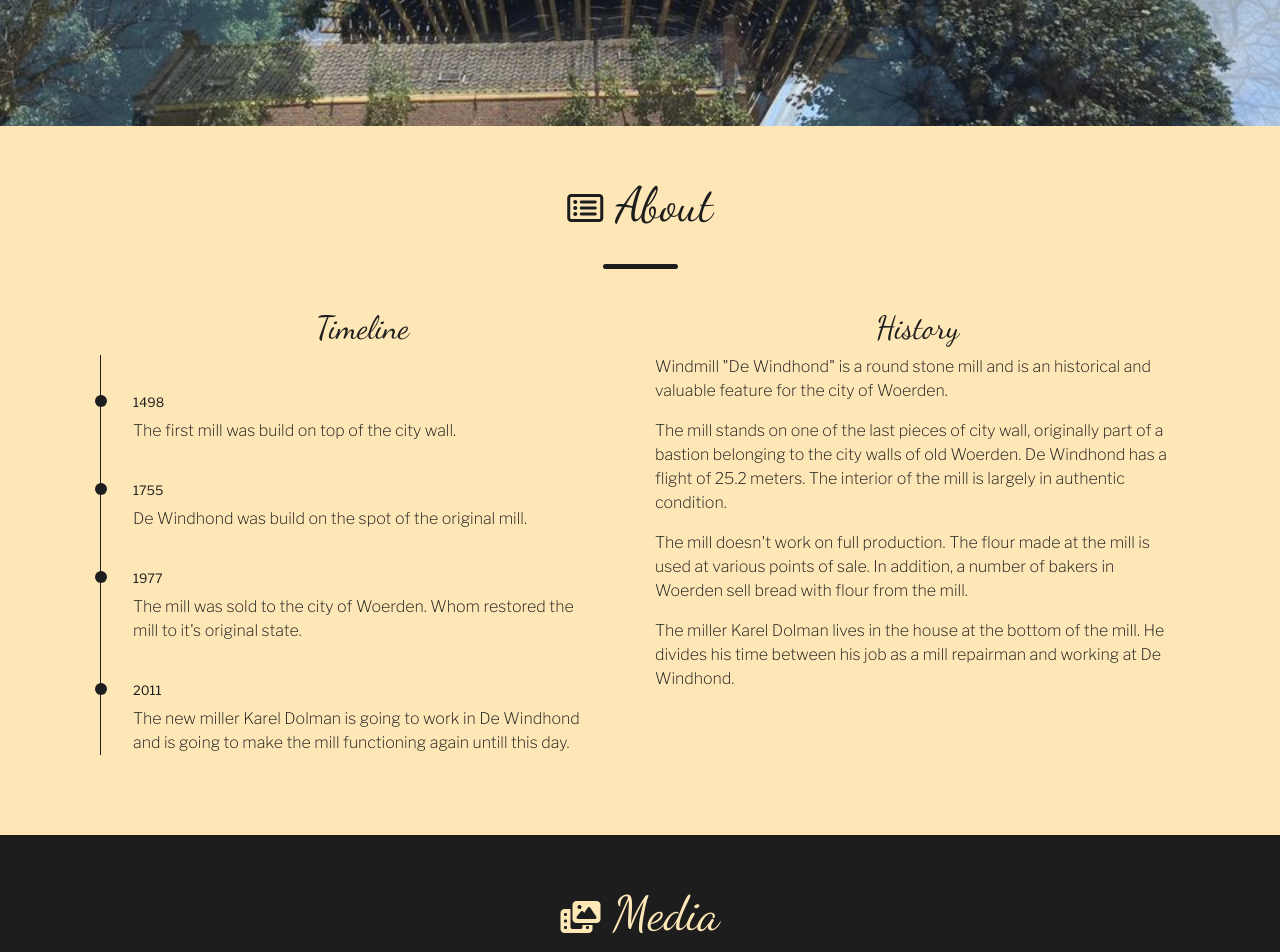
Repository: jdl208/DeWindhond
Page: index.html
The author's editor kept a record of every edit. The page is drawn from the files as they stood at one moment, then again after the next edit.
The browser window is 1280 px wide. The pictures show the part of the page from y = 542 to 1494 px (the page is 2972 px tall before and 2846 px after).
Some web libraries are served in a nearby version.

Above is the page before.

### index.html
<!DOCTYPE html>
<html lang="en">

<head>
    <meta charset="UTF-8">
    <meta name="viewport" content="width=device-width, initial-scale=1.0">
    <meta http-equiv="X-UA-Compatible" content="ie=edge">
    <title>Windmill "De Windhond"</title>
    <link rel="stylesheet" href="https://stackpath.bootstrapcdn.com/bootstrap/4.3.1/css/bootstrap.min.css" integrity="sha384-ggOyR0iXCbMQv3Xipma34MD+dH/1fQ784/j6cY/iJTQUOhcWr7x9JvoRxT2MZw1T" crossorigin="anonymous">
    <link href="https://fonts.googleapis.com/css?family=Dancing+Script:400,700&display=swap" rel="stylesheet">
    <link rel="stylesheet" href="assets/css/style.css" type="text/css" />

</head>

<body>

    <!-- Navigation-->
    <a href="" class="anchor" id="home"></a>
    <nav class="navbar fixed-top navbar-expand-md navbar-dark dark-bg">
        <a class="navbar-brand" href="#home">De Windhond</a>
        <button id="navbar-toggle-icon" class="navbar-toggler" type="button" data-toggle="collapse" data-target="#navbarTogglerDemo02" aria-controls="navbarTogglerDemo02" aria-expanded="false" aria-label="Toggle navigation">
                <i class="fas fa-bars"></i>
            </button>

        <div class="collapse navbar-collapse" id="navbarTogglerDemo02">
            <ul class="navbar-nav ml-auto mt-2 mt-lg-0">
                <li class="nav-item ml-auto nav--link">
                    <a class="nav-link" href="#home"><strong>Home</strong><span class="sr-only">(current)</span></a>
                </li>
                <li class="nav-item ml-auto nav--link">
                    <a class="nav-link" href="#about"><strong>About</strong></a>
                </li>
                <li class="nav-item ml-auto nav--link">
                    <a class="nav-link" href="#media"><strong>Media</strong></a>
                </li>
                <li class="nav-item ml-auto nav--link">
                    <a class="nav-link" href="#contact"><strong>Contact</strong></a>
                </li>
            </ul>
        </div>
    </nav>

    <!--Header image slider-->

    <header class="top-section">
        <div class="jumbotron sectioncontainer carousel-wrapper">


            <!--Preload images so you you wont see a hickup in the slider -->

            <img class="d-none" src="assets/images/img1.jpg" />
            <img class="d-none" src="assets/images/img2.jpg" />
            <img class="d-none" src="assets/images/img3.jpg" />
            <img class="d-none" src="assets/images/img4.jpg" />
            <img class="d-none" src="assets/images/img5.jpg" />
            <img class="d-none" src="assets/images/img6.jpg" />
            <img class="d-none" src="assets/images/img7.jpg" />

            <div class="bg-image-slider">

            </div>
        </div>
    </header>

    <!-- About -->
    <a href="" class="anchor" id="about"></a>
    <section class="light-bg sectioncontainer">
        <div class="container about">
            <h2><i class="far fa-list-alt media-icon"></i> About</h2>
            <hr class="block-divider dark-divider">

            <div class="row">
                <div class="col-md-6">
                    <h4>Timeline</h4>
                    <div class="history-items">
                        <div class="timeline-item" data-dates="1498">
                            <p>The first mill was build on top of the city wall.</p>
                        </div>
                        <div class="timeline-item" data-dates="1755">
                            <p>De Windhond was build on the spot of the original mill.</p>
                        </div>
                        <div class="timeline-item" data-dates="1977">
                            <p>The mill was sold to the city of Woerden. Whom restored the mill to it's original state.</p>
                        </div>
                        <div class="timeline-item" data-dates="2011">
                            <p>The new miller Karel Dolman is going to work in De Windhond and is going to make the mill functioning again untill this day.</p>
                        </div>
                    </div>
                </div>
                <div class="col-md-6">
                    <hr class="block-divider dark-divider d-md-none">
                    <h4>History</h4>
                    <p>Windmill "De Windhond" is a round stone mill and is an historical and valuable feature for the city of Woerden.</P>
                    <p>The mill stands on one of the last pieces of city wall, originally part of a bastion belonging to the city walls of old Woerden. De Windhond has a flight of 25.2 meters. The interior of the mill is largely in authentic condition.</p>
                    <p>The mill doesn't work on full production. The flour made at the mill is used at various points of sale. In addition, a number of bakers in Woerden sell bread with flour from the mill.</p>
                    <p>The miller Karel Dolman lives in the house at the bottom of the mill. He divides his time between his job as a mill repairman and working at De Windhond.</p>
                </div>
            </div>
        </div>

    </section>

    <!-- Media section-->
    <a href="" class="anchor" id="media"></a>

    <section class="dark-bg mediabox sectioncontainer">
        <H2><i class="fas fa-photo-video media-icon"></i> Media</H2>
        <hr class="block-divider yellow-divider">
        <div class="row mediarow">
            <div class="col-xl-6 ytclip">
                <h4>Impression of the mill</h4>

                <iframe width="560" height="315" src="https://www.youtube.com/embed/qNwYElhLL6A" frameborder="0" allow="accelerometer; autoplay; encrypted-media; gyroscope; picture-in-picture" allowfullscreen></iframe>
            </div>
            <!--</div>-->

            <hr class="block-divider dark-divider d-xl-none">

            <!--<div class="row mediarow">-->
            <div class="col-xl-6 ytclip">
                <h4>Interview with Karel Dolman the miller</h4>

                <iframe width="560" height="315" src="https://www.youtube.com/embed/lAjF5r5rAqM" frameborder="0" allow="accelerometer; autoplay; encrypted-media; gyroscope; picture-in-picture" allowfullscreen></iframe>
            </div>
        </div>
    </section>

    <!-- Contact-->

    <a href="" class="anchor" id="contact"></a>
    <section class="sectioncontainer light-bg">
        <div class="container">
            <h2><i class="fas fa-mobile-alt media-icon"></i> Contact</h2>
            <hr class="block-divider dark-divider">
            <div class="row">
                <div class="col-md-6 contact_visiting">
                    <table>
                        <h5><i class="fas fa-home"></i> Opening hours</h5>
                        <tr>
                            <td>Wednesday</td>
                            <td>14:00 - 16:00</td>
                        </tr>
                        <tr>
                            <td>Friday</td>
                            <td>10:00 - 16:00*</td>
                        </tr>
                        <tr>
                            <td>Saturday</td>
                            <td>10:00 - 16:00</td>
                        </tr>
                        <tr class="footnote_opening">
                            <td>* Only when the mill is working.</td>
                        </tr>

                    </table>
                </div>
                <div class="col-md-6 contact_visiting">

                    <h5><i class="fas fa-directions"></i> Address</h5>
                    <p>Windmaalbedrijf de Windhond<br> Wilhelminaweg 1<br> 3441 XB Woerden
                    </p>
                    <h5><i class="fas fa-phone-alt"></i> Telephone</h5>
                    <p> +31 (0) 6 - 4205 1066</p>

                </div>

            </div>

            <div class="row">
                <div class="col-12 contact-form">
                    <h5><i class="far fa-comments"></i> Message us!</h5>
                    <div class="form-group">
                        <input type="text" class="form-control" placeholder="Enter name" required>
                    </div>
                    <div class="form-group">
                        <input type="email" class="form-control" placeholder="Enter email" required>
                    </div>
                    <div class="form-group">
                        <textarea class="form-control" rows="5" Placeholder="Enter your question or comment here. We usually reply within 5 working days." required></textarea>
                    </div>
                    <button type="submit" class="btn btn--dark">Send</button>
                    </form>
                </div>
            </div>
    </section>

    <footer class="dark-bg footer">
        <div class="row">
            <div class="col-12">
                <ul class="list-inline">
                    <li class="list-inline-item"><a class="light-link" href="https://www.facebook.com/windmaalbedrijfdewindhond?pnref=story"><i class="fab fa-facebook-square socialicon"></i></a></li>
                    <li class="list-inline-item"><a class="light-link" href="#"><i class="fab fa-twitter-square socialicon"></i></a></li>
                    <li class="list-inline-item"><a class="light-link" href="#"><i class="fab fa-instagram socialicon"></i></a></li>
                    <li class="list-inline-item"><a class="light-link" href="#"><i class="fab fa-pinterest-square socialicon"></i></a></li>
                    <li class="list-inline-item"><a class="light-link" href="#"><i class="fab fa-snapchat-square socialicon"></i></a></li>
                </ul>
            </div>
        </div>
        <p class="copyright">Copyright onLion Web Development 2019</p>

    </footer>

    <script src="https://code.jquery.com/jquery-3.3.1.slim.min.js" integrity="sha384-q8i/X+965DzO0rT7abK41JStQIAqVgRVzpbzo5smXKp4YfRvH+8abtTE1Pi6jizo" crossorigin="anonymous"></script>
    <script src="https://cdnjs.cloudflare.com/ajax/libs/popper.js/1.14.7/umd/popper.min.js" integrity="sha384-UO2eT0CpHqdSJQ6hJty5KVphtPhzWj9WO1clHTMGa3JDZwrnQq4sF86dIHNDz0W1" crossorigin="anonymous"></script>
    <script src="https://stackpath.bootstrapcdn.com/bootstrap/4.3.1/js/bootstrap.min.js" integrity="sha384-JjSmVgyd0p3pXB1rRibZUAYoIIy6OrQ6VrjIEaFf/nJGzIxFDsf4x0xIM+B07jRM" crossorigin="anonymous"></script>
    <script src="https://kit.fontawesome.com/70761e8d6e.js"></script>

</body>

</html>

### assets/css/style.css
@import url('https://fonts.googleapis.com/css?family=Dancing+Script:400,700|Libre+Franklin:200,300,400,700&display=swap');

html {
    scroll-behavior: smooth;
}

body {
    font-family: "Libre Franklin";
    font-weight: 200;
}

.sectioncontainer {
    padding-top: 50px;
    padding-bottom: 80px;
}

.anchor {
    display: block;
    position: relative;
    top: -56px;
    visibility: hidden;
}

/* ---------------------------------------------- Colors */

.dark-bg {
    color: #fee7b6;
    background-color: #1d1d1d;
}

.light-bg {
    background-color: #fee7b6;
    color: rgb(29, 29, 29);
}

.block-divider {
    width: 75px;
    height: 5px;
    border: 0;
    border-radius: 15px;
    margin-top: 30px;
    margin-bottom: 40px;
}

.yellow-divider {
    background-color: #fee7b6;
}

.dark-divider {
    background-color: rgb(29, 29, 29);
}

.light-link {
    color: #fee7b6;
}

.btn--dark {
    color: #fee7b6;
    background-color: rgba(29, 29, 29, 1);
    text-align: center;
}

.btn--dark:hover {
    color: #dec080;
    background-color: #000;
}


/* ---------------------------------------------- Headings */

h2,
h3,
h4 {
    font-family: "dancing script";
    text-align: center;
    font-size: 3rem;
}

h4 {
    font-size: 2rem;
}

.media-icon {
    font-size: 32px;
}

/* ---------------------------------------------- Navbar */

.navbar {
    font-family: "dancing script";
    font-size: 1.2rem;
}

.navbar-brand {
    font-size: 1.5rem;
}

.navbar-brand:hover {
    color: #dec080;
}

.navbar-dark .navbar-brand {
    color: #fee7b6;
}

.navbar-dark .navbar-brand:hover {
    color: #dec080;
}


#navbar-toggle-icon {
    border: 0;
    color: #fee7b6;
}

.navbar-dark .navbar-nav .nav-link {
    color: #fee7b6;
}

.navbar-dark .navbar-nav .nav-link:hover {
    color: #dec080;
}


/* ---------------------------------------------- Header */

.top-section {
    padding: 0;
}

.carousel-wrapper {
    position: relative;
    top: 56px;
    margin: 0 0 56px 0;
    padding: 0;
}

.bg-image-slider {
    height: 85vh;
    width: 100%;
    animation-name: bgslider;
    animation-duration: 42s;
    animation-timing-function: ease-in;
    animation-iteration-count: infinite;
    background-image: url("../images/img1.jpg");
    background-size: cover;
    background-repeat: no-repeat;
    background-position: center;
}

@keyframes bgslider {
    0% {
        background-image: url("../images/img1.jpg");
    }
    10% {
        background-image: url("../images/img1.jpg");
    }
    14% {
        background-image: url("../images/img2.jpg");
    }
    24% {
        background-image: url("../images/img2.jpg");
    }
    28% {
        background-image: url("../images/img3.jpg");
    }
    38% {
        background-image: url("../images/img3.jpg");
    }
    42% {
        background-image: url("../images/img4.jpg");
    }
    52% {
        background-image: url("../images/img4.jpg");
    }
    56% {
        background-image: url("../images/img5.jpg");
    }
    66% {
        background-image: url("../images/img5.jpg");
    }
    70% {
        background-image: url("../images/img6.jpg");
    }
    80% {
        background-image: url("../images/img6.jpg");
    }
    84% {
        background-image: url("../images/img7.jpg");
    }
    95% {
        background-image: url("../images/img7.jpg");
    }
    100% {
        background-image: url("../images/img1.jpg");
    }
}

/* ---------------------------------------------- About */

.history-heading {
    margin-bottom: 50px;
}

.timeline-item {
    padding: 4em 2em 0em 2em;
    position: relative;
    border-left: 1px solid;
}

.timeline-item p {
    padding: 0;
    margin: 0;
}

.timeline-item:before {
    content: attr(data-dates);
    position: absolute;
    left: 2.5em;
    top: 3em;
    display: block;
    font-weight: 500;
    font-size: 0.8em;
    padding: 0;
    margin: 0;
}

.timeline-item:after {
    width: 12px;
    height: 12px;
    display: block;
    top: 2.5em;
    position: absolute;
    left: -6px;
    border-radius: 12px;
    content: '';
    background: rgb(29, 29, 29);

}

/* ---------------------------------------------- Media */

.row {
    margin: 0;
}

.ytclip {
    text-align: center;
    padding: 0 20px;
}

iframe {
    max-width: 80vw;
}

/* ---------------------------------------------- Contact */

.contact_visiting {
    text-align: center;
}

.contact_visiting table {
    text-align: left;
    margin: auto;
}

.contact_visiting h5 {
    margin-top: 25px;
}

.footnote_opening {
    font-size: smaller;
    font-style: italic;
}


.contact-form {
    margin: auto;
    text-align: center;
    margin-top: 50px;
    max-width: 500px;
}

.contact-form .btn--dark {
    width: 100px;
}


/* ---------------------------------------------- Footer */

.footer {
    text-align: center;
    padding: 10px;
    margin-bottom: 0;
}

.footerlist {
    list-style-type: none;
}

.list-item-footer {
    display: inline-block;
    color: #fee7b6;
}

.socialicon {
    font-size: 30px;
}

.socialicon:hover {
    color: #dec080
}

.copyright {
    font-weight: 200;
    font-size: 0.5rem;
    text-align: center;
}

After the next edit:
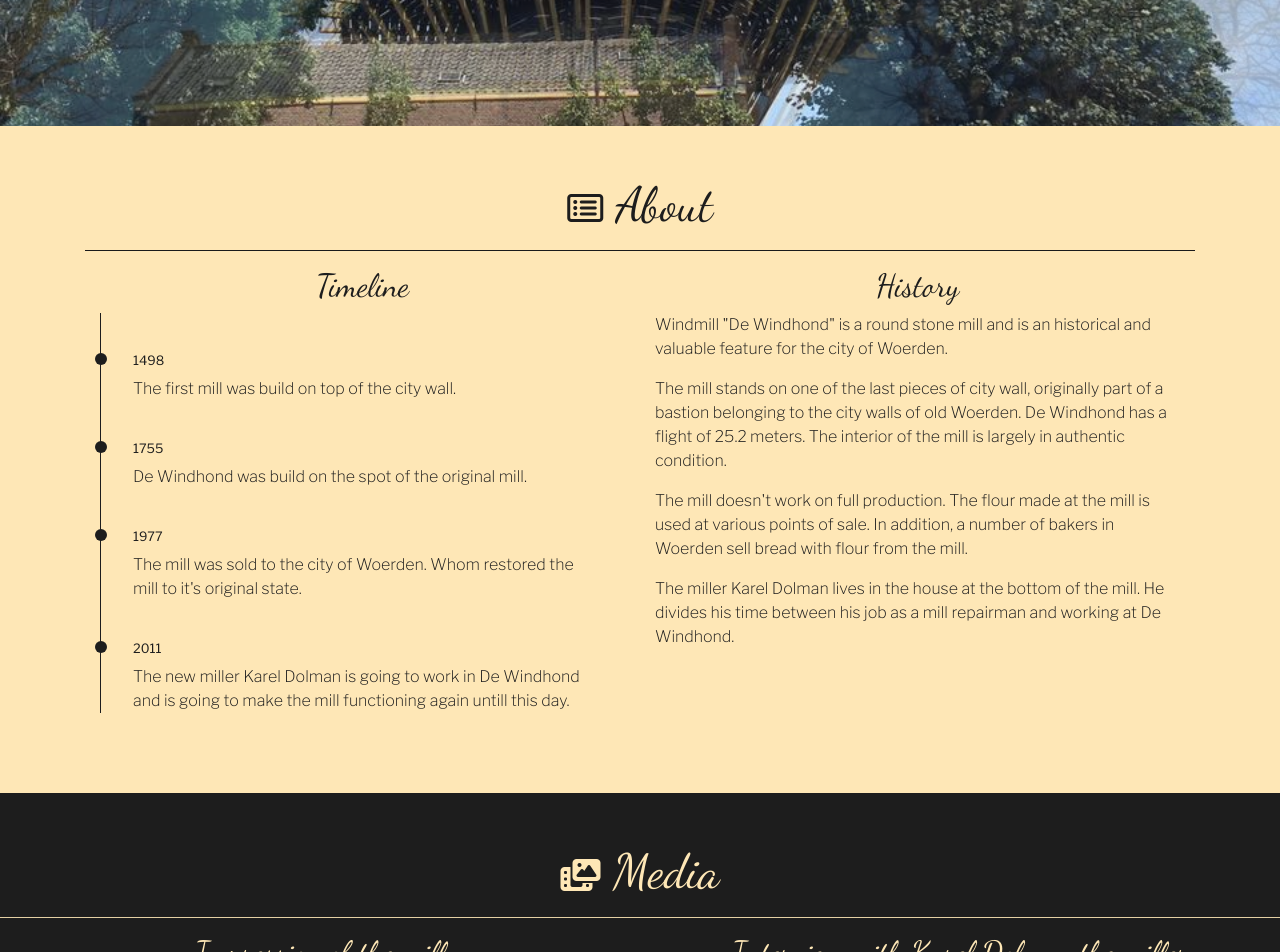
The edit:
--- a/assets/css/style.css
+++ b/assets/css/style.css
@@ -31,15 +31,6 @@
 .light-bg {
     background-color: #fee7b6;
     color: rgb(29, 29, 29);
-}
-
-.block-divider {
-    width: 75px;
-    height: 5px;
-    border: 0;
-    border-radius: 15px;
-    margin-top: 30px;
-    margin-bottom: 40px;
 }
 
 .yellow-divider {

After the edit that followed:
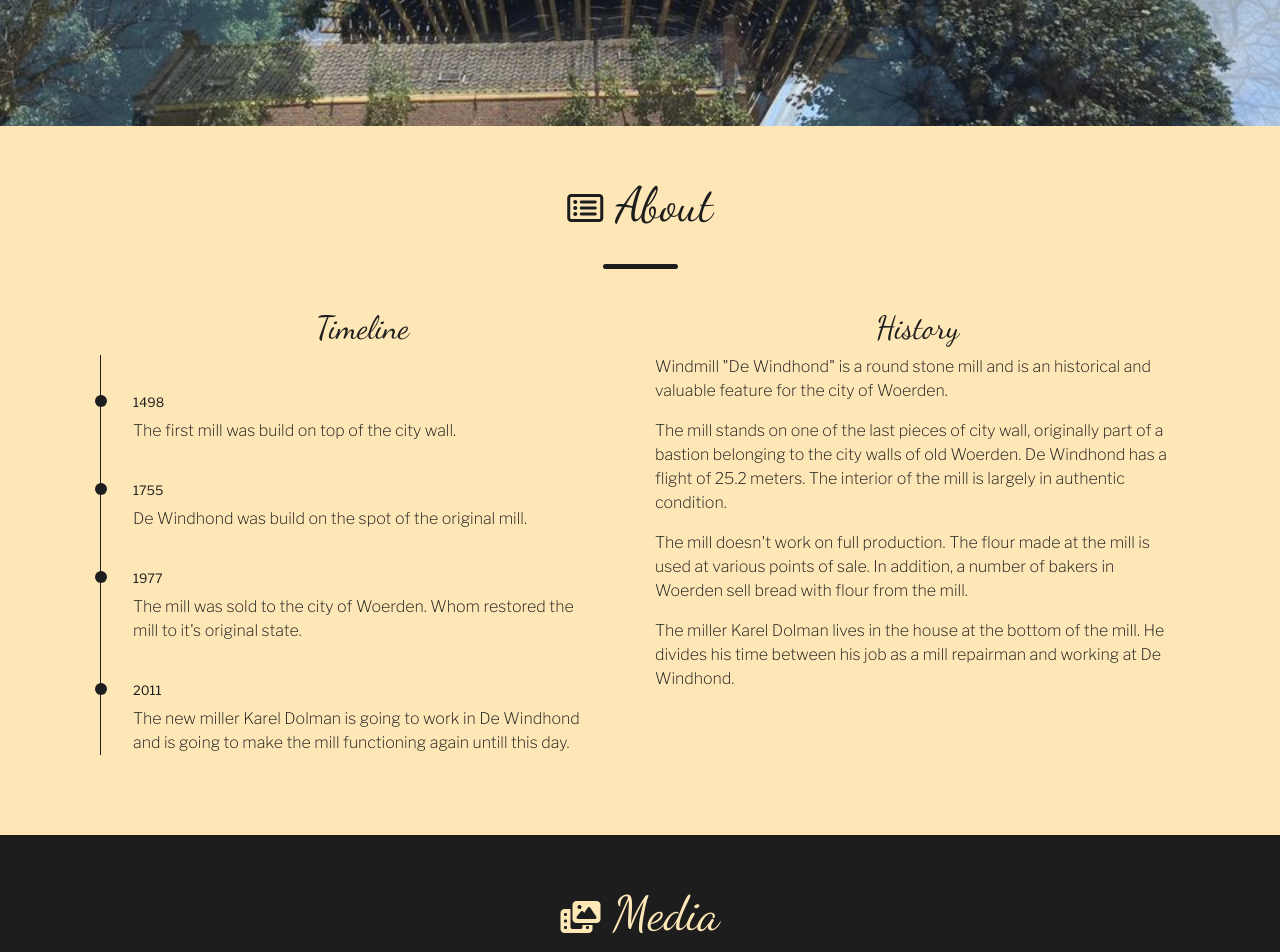
The edit:
--- a/assets/css/style.css
+++ b/assets/css/style.css
@@ -19,6 +19,15 @@
     position: relative;
     top: -56px;
     visibility: hidden;
+}
+
+.block-divider {
+    width: 75px;
+    height: 5px;
+    border: 0;
+    border-radius: 15px;
+    margin-top: 30px;
+    margin-bottom: 40px;
 }
 
 /* ---------------------------------------------- Colors */
